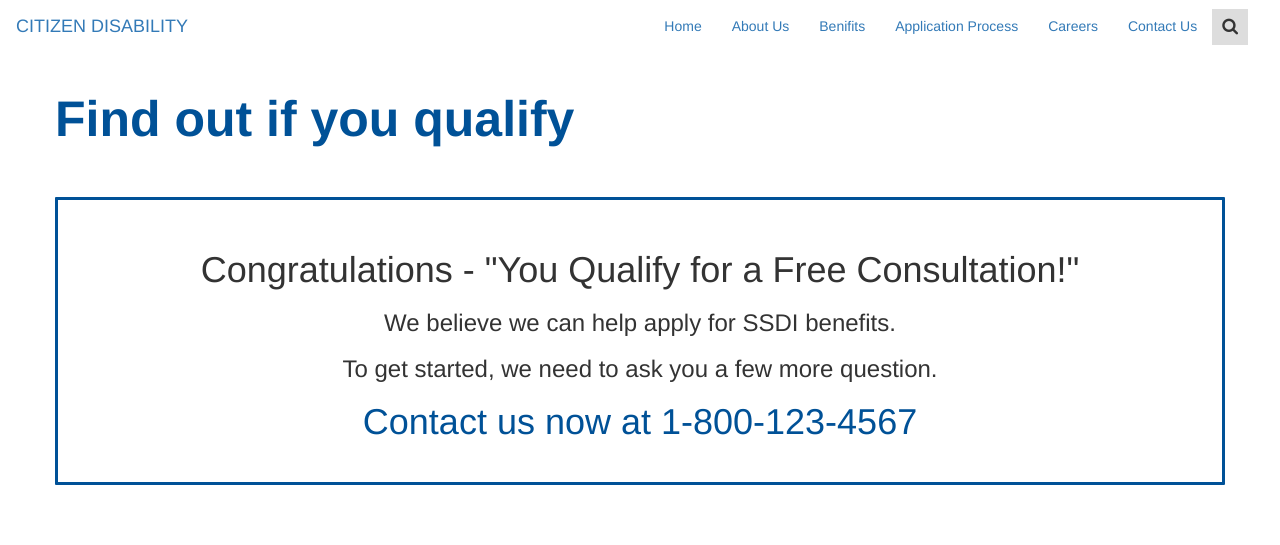
Repository: welcome0605/Embed-html-integrate-with-API
Page: Home2.html
These files come from the project's save history. The page is drawn as it stood at one moment and after the next save; the edit follows.
The browser window is 1280 px wide. The pictures show the whole page.

Above is the page before, as saved 2019-04-29 15:27:56.

After the next save:
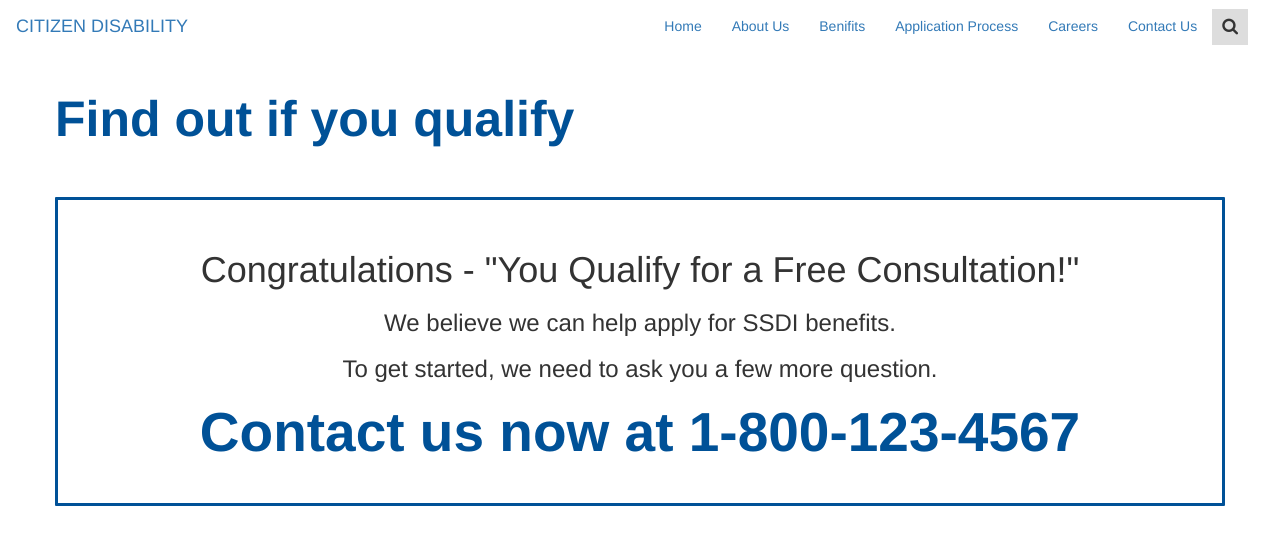
Saved 33 s later.
--- a/Home2.html
+++ b/Home2.html
@@ -46,7 +46,7 @@
         <div><h1>Congratulations - "You Qualify for a Free Consultation!"</h1></div>
         <div><h3>We believe we can help apply for SSDI benefits.</h3></div>
         <div><h3>To get started, we need to ask you a few more question.</h3></div>
-        <div class="contact"><h1>Contact us now at 1-800-123-4567</h1></div>
+        <div><h1 class="contact">Contact us now at 1-800-123-4567</h1></div>
       </div>
 
 
